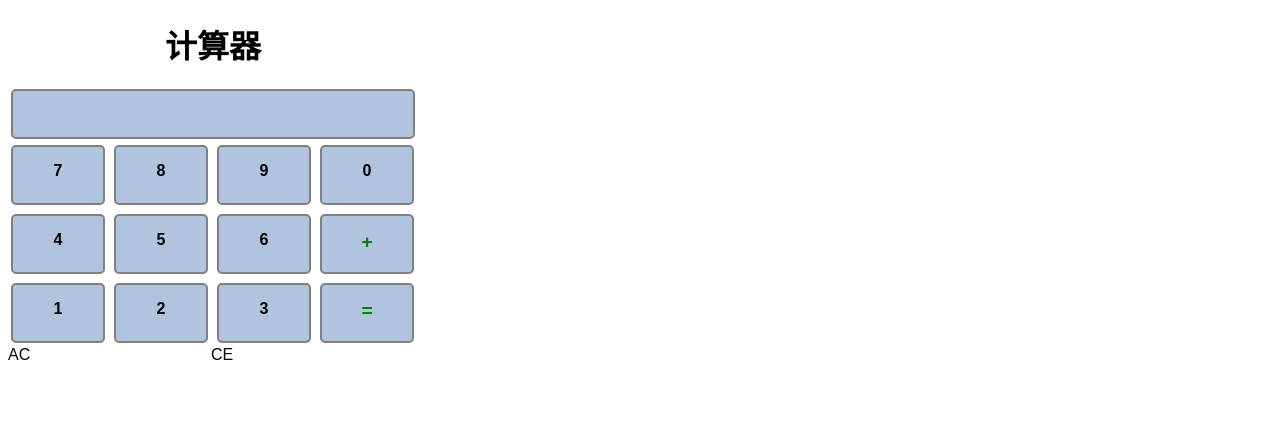
Repository: fzw1202/web-calculator
Page: index.html
An editor plug-in stored every save of this project. The page is shown before and after the next save, followed by the edit.
The browser window is 1280 px wide. The pictures show the whole page.

Above is the page before, as saved 2023-03-24 14:38:57.

After the next save:
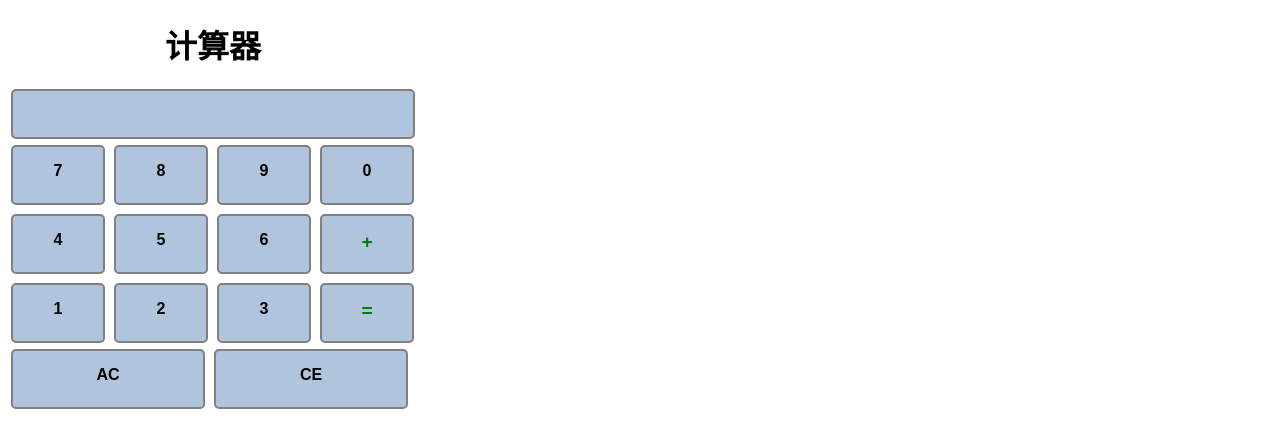
Saved 24 s later.
--- a/css/style.css
+++ b/css/style.css
@@ -56,3 +56,16 @@ body {
     grid-template-columns: 200px 200px;
     gap: 3px;
 }
+
+.function > div {
+    box-sizing: border-box;
+    padding: 15px;
+    margin: 3px;
+    background-color: lightsteelblue;
+    border-radius: 5px;
+    border: 2px solid gray;
+    color: black;
+    text-align: center;
+    font-weight: bold;
+    height: 60px;
+}
